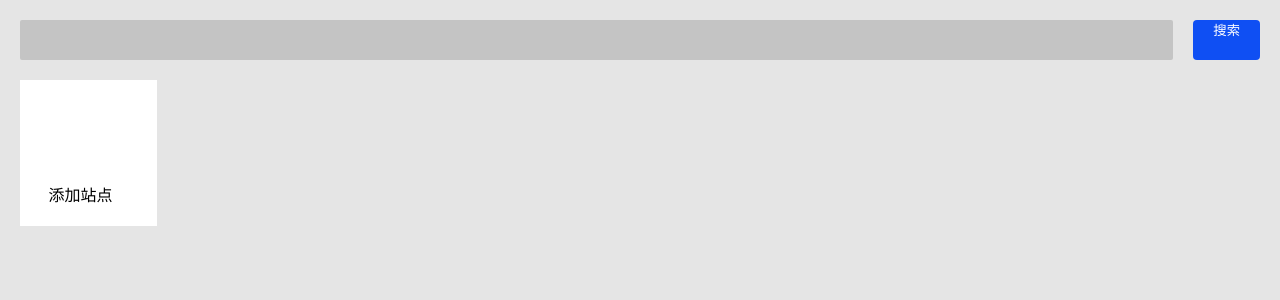
Repository: chenguocan/-
Page: src/index.html
The author's editor kept a copy of each file at every save. The page is drawn from the files as they stood at one save, then again after the next save.
The browser window is 1280 px wide. The pictures show the whole page.

Above is the page before, as saved 2020-08-12 07:26:59.

After the next save:
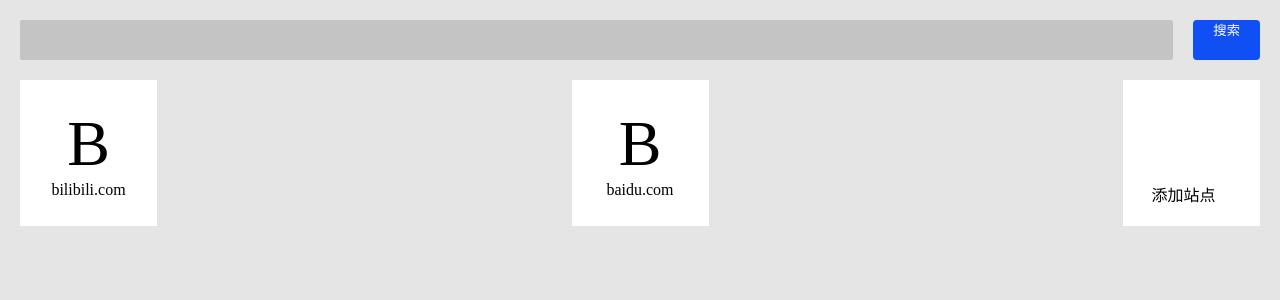
Saved 7 s later.
--- a/src/main.js
+++ b/src/main.js
@@ -28,6 +28,7 @@
     `;
     })
 }
+hashMapList();
 $(string).insertBefore($addButton);
 $addButton.click(() => {
     let addUrl = window.prompt("请输入要添加的站点");
